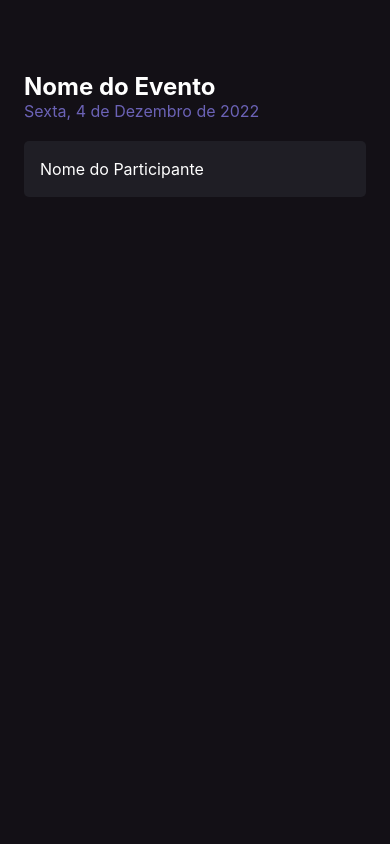
Repository: guilhermecardoso93/reactNative-ignite-imhere
Screen: /
An editor plug-in stored every save of this project. The screen is shown before and after the next save, followed by the edit.
The app was drawn by React Native's web renderer in a window 390 px wide. The project was rebuilt for these pictures with package versions that can differ from the ones it lists, and the page was loaded fresh each time.

Above is the screen before, as saved 2022-10-02 19:32:57.

### App.tsx
import { Text, View, StyleSheet } from "react-native";
import Home from "./src/screens/Home";

export default function App() {
  return (
    <>
      <Home/>
    </>
  );
}

### src/screens/Home/index.tsx
import { Text, View, TextInput } from "react-native";

import { styles } from "./styles";

export default function Home() {
  return (
    <View style={styles.container}>
      <Text style={styles.eventName}>Nome do Evento</Text>
      <Text style={styles.eventDate}>Sexta, 4 de Dezembro de 2022</Text>
      <TextInput
        style={styles.eventInput}
        placeholder='Nome do Participante'
      />
    </View>
  );
}

### src/screens/Home/styles.ts
import { StyleSheet } from "react-native";

export const styles = StyleSheet.create({
  container: {
    flex: 1,
    padding: 24,
    backgroundColor: "#131016",
  },
  eventName: {
    color: "#fff",
    fontSize: 24,
    fontWeight: "bold",
    marginTop: 48,
  },
  eventDate: {
    color: "#6b62b6",
    fontSize: 16,
  },
  eventInput: {
    backgroundColor: "#1f1e25",
    color: "#FFF",
    height: 56,
    borderRadius: 5,
    padding: 16,
    marginTop: 20,
    fontSize: 16
  },
});

After the next save:
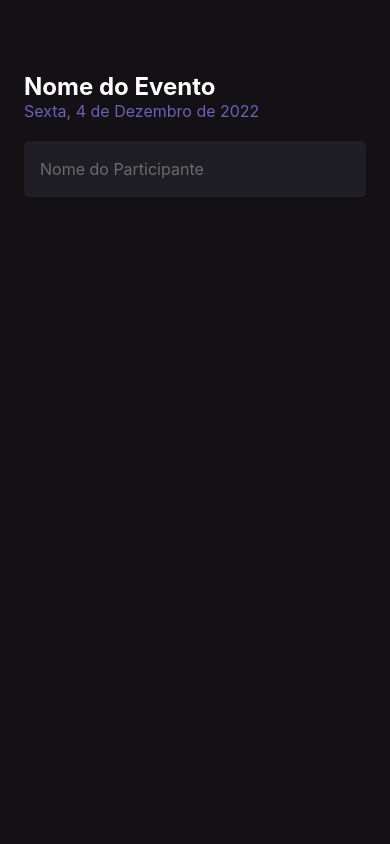
Saved 26 s later.
--- a/src/screens/Home/index.tsx
+++ b/src/screens/Home/index.tsx
@@ -10,6 +10,7 @@ export default function Home() {
       <TextInput
         style={styles.eventInput}
         placeholder='Nome do Participante'
+        placeholderTextColor='#6b6b6b'
       />
     </View>
   );
